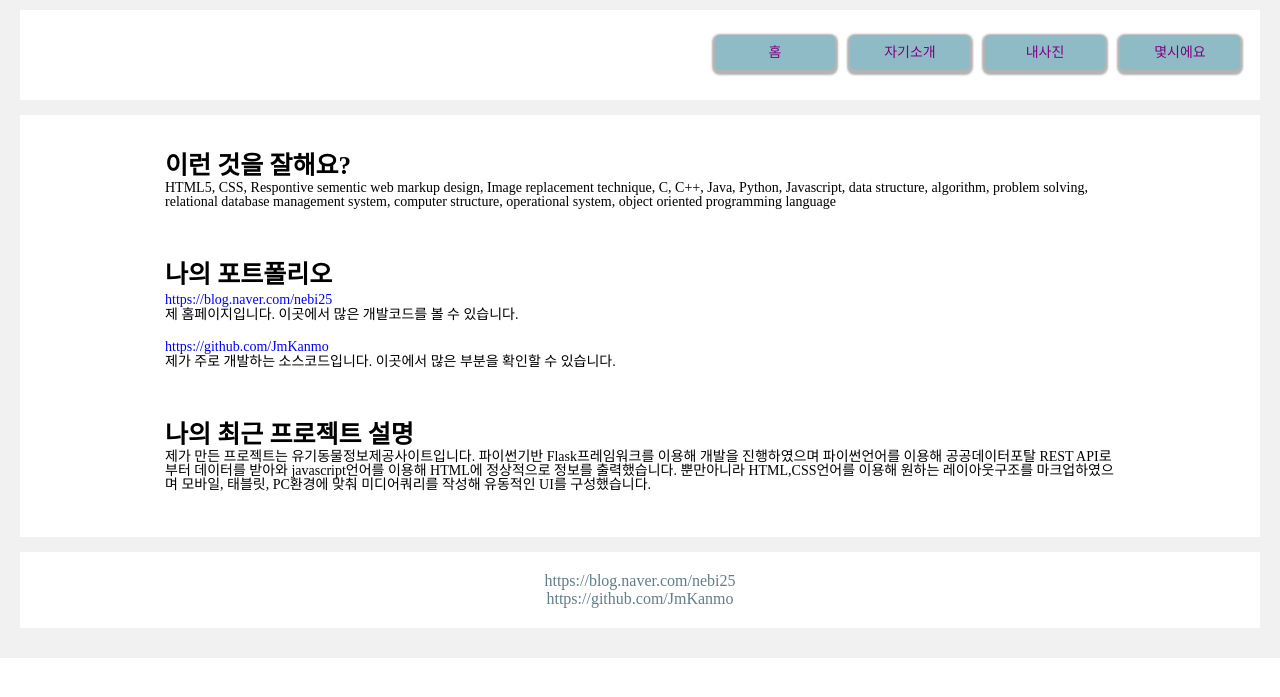
Repository: JmKanmo/BoostCourse_WebProgramming
Page: aboutme/WebContent/aboutme.html
An editor plug-in stored every save of this project. The page is shown before and after the next save, followed by the edit.
The browser window is 1280 px wide. The pictures show the whole page.

Above is the page before, as saved 2020-01-21 07:59:34.

### aboutme/WebContent/aboutme.html
<!DOCTYPE html>
<html lang="ko">

<head>
<meta charset="UTF-8">
<meta name="viewport" content="width=device-width, initial-scale=1.0">
<meta http-equiv="X-UA-Compatible" content="ie=edge">
<title>자기소개 페이지</title>
<link rel="stylesheet" href="./css/aboutme.css">
</head>

<body>
	<div class="wrap">
		<header class="header">
			<nav class="menu">
				<ul class="clear_fix">
					<li class="item"><a href="/aboutme/today">몇시에요</a></li>
					<li class="item"><a href="/aboutme/photo">내사진</a></li>
					<li class="item"><a href="/aboutme/aboutme">자기소개</a></li>
					<li class="item"><a href="/aboutme/index">홈</a></li>
				</ul>
			</nav>
		</header>

		<div class="main">
			<ul class="intro_list">
				<li class="list">
					<h1 class="title">이런 것을 잘해요?</h1>
					<div class="explanation">
						<p>HTML5, CSS, Respontive sementic web markup design, Image
							replacement technique, C, C++, Java, Python, Javascript, data
							structure, algorithm, problem solving, relational database
							management system, computer structure, operational system, object
							oriented programming language</p>
					</div>
				</li>

				<li class="list">
					<h1 class="title">나의 포트폴리오</h1>
					<div class="explanation">
						<a href="https://blog.naver.com/nebi25">https://blog.naver.com/nebi25</a>
						<p>제 홈페이지입니다. 이곳에서 많은 개발코드를 볼 수 있습니다.</p>
						<a href="https://github.com/JmKanmo">https://github.com/JmKanmo</a>
						<p>제가 주로 개발하는 소스코드입니다. 이곳에서 많은 부분을 확인할 수 있습니다.</p>
					</div>
				</li>

				<li class="list">
					<h1 class="title">나의 최근 프로젝트 설명</h1>
					<div class="explanation">
						<p>제가 만든 프로젝트는 유기동물정보제공사이트입니다. 파이썬기반 Flask프레임워크를 이용해 개발을
							진행하였으며 파이썬언어를 이용해 공공데이터포탈 REST API로부터 데이터를 받아와 javascript언어를 이용해
							HTML에 정상적으로 정보를 출력했습니다. 뿐만아니라 HTML,CSS언어를 이용해 원하는 레이아웃구조를 마크업하였으며
							모바일, 태블릿, PC환경에 맞춰 미디어쿼리를 작성해 유동적인 UI를 구성했습니다.</p>
					</div>
				</li>
			</ul>
		</div>

		<footer class="footer">
			<a href="https://blog.naver.com/nebi25">https://blog.naver.com/nebi25</a>
			<a href="https://github.com/JmKanmo">https://github.com/JmKanmo</a>
		</footer>
	</div>
</body>

</html>

### aboutme/WebContent/css/aboutme.css
@charset "utf-8";

/*초기화 영역*/
html, body, nav, ul, li, h1, h2, h3, h4, p, a {
	margin: 0;
	padding: 0;
	list-style: none;
	text-decoration: none;
}

.clear_fix::after {
	display: block;
	content: "";
	clear: both;
}

/*전체영역*/
.wrap {
	background: #f1f1f1;
	padding: 10px 20px 30px 20px;
}

/*헤더영역*/
.wrap .header {
	background-color: #fff;
}

.header .menu {
	padding: 25px 5px 30px 0;
}

.menu .item {
	width: 120px;
	height: 35px;
	float: right;
	margin-right: 15px;
	background-color: rgb(143, 187, 198);
	border-radius: 5px;
	box-shadow: 0 2px 2px 3px rgba(158, 158, 158, 0.78);
	text-align: center;
}

.menu .item a {
	line-height: 35px;
	color: purple;
	font-size: 14px;
}

.menu .item a:active {
	color: red;
}

/*메인영역*/
.main {
	background-color: #fff;
	margin-top: 15px;
	padding: 0 145px 0 145px;
}

.main .intro_list {
	padding: 30px 0 30px 0;
	text-align: left;
}

.main .intro_list .title {
	font-size: 25px;
}

.main .intro_list .list:nth-child(n+2) {
	margin-top: 30px;
}

.intro_list .list .explanation p {
	padding-bottom: 15px;
	line-height: 14px;
	font-size: 14px;
}

.intro_list .list .explanation a {
	color: blue;
	font-size: 14px;
}

/*푸터영역*/
.footer {
	margin-top: 15px;
	background-color: #fff;
	padding: 20px 0 20px 0;
	text-align: center;
}

.footer a {
	display: block;
	font-size: 16px;
	color: #607D8B;
}

After the next save:
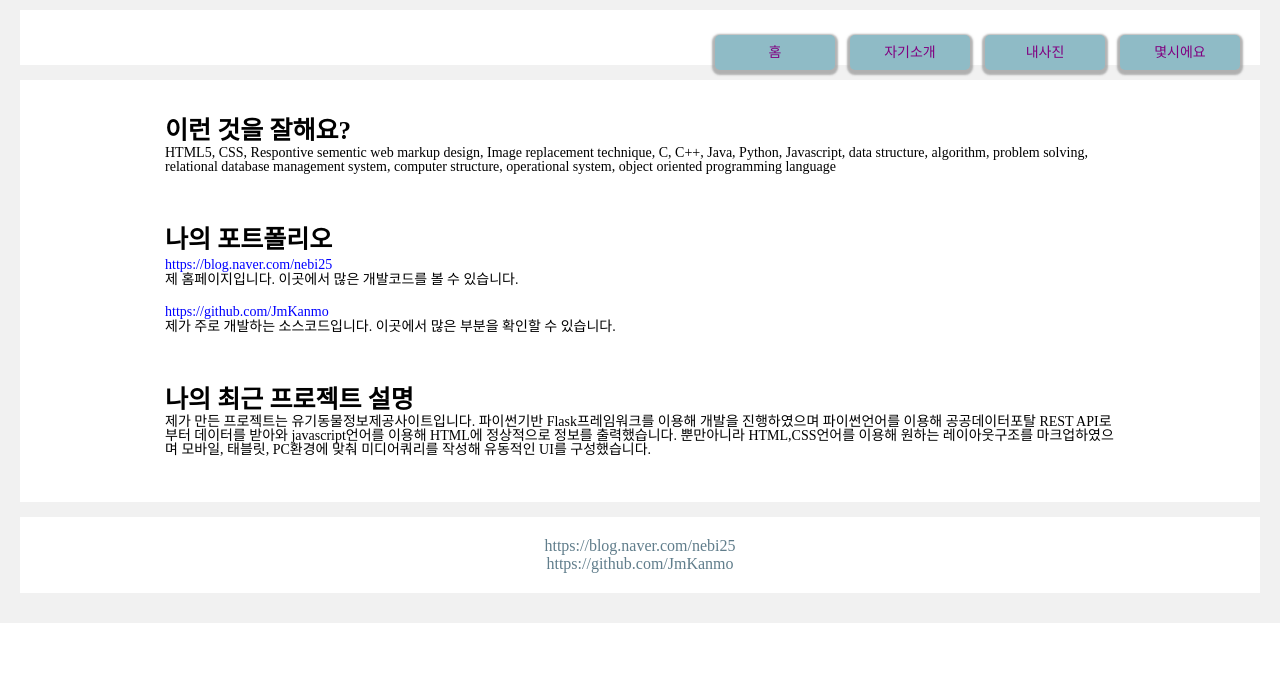
Saved 2 min 11 s later.
--- a/aboutme/WebContent/css/aboutme.css
+++ b/aboutme/WebContent/css/aboutme.css
@@ -7,7 +7,7 @@
 	list-style: none;
 	text-decoration: none;
 }
-
+dsda
 .clear_fix::after {
 	display: block;
 	content: "";

After the save that followed:
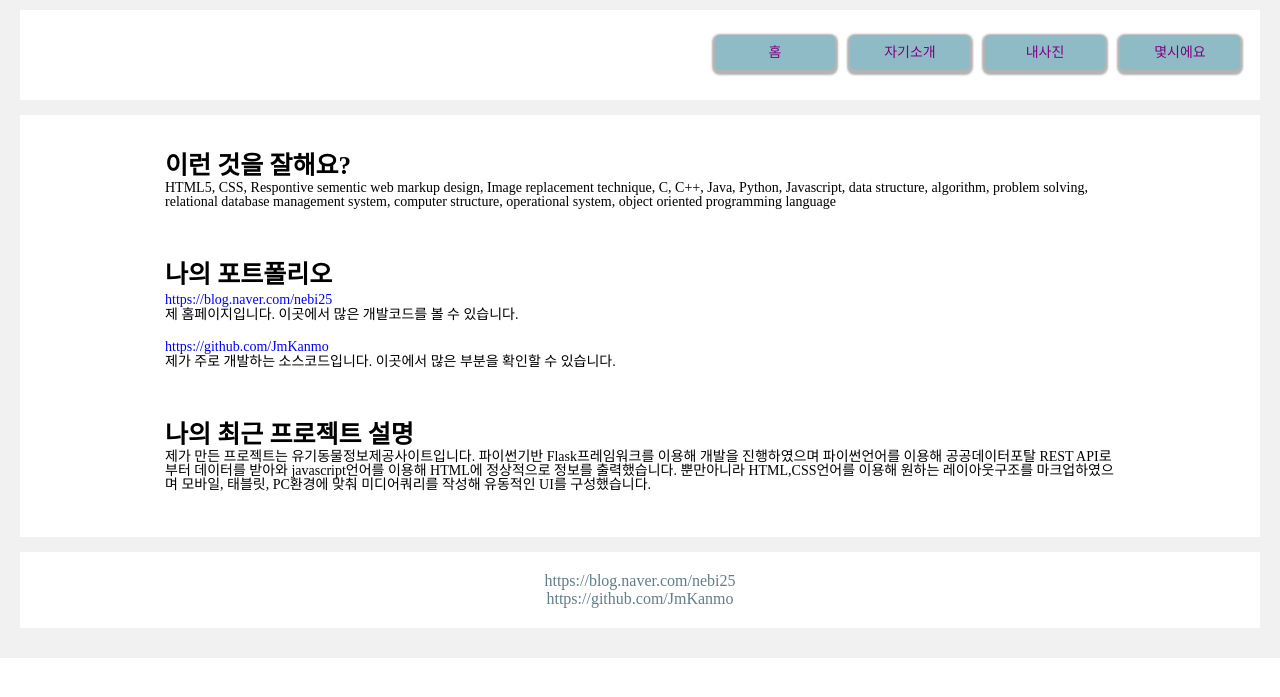
Saved 49 s later.
--- a/aboutme/WebContent/css/aboutme.css
+++ b/aboutme/WebContent/css/aboutme.css
@@ -7,7 +7,7 @@
 	list-style: none;
 	text-decoration: none;
 }
-dsda
+
 .clear_fix::after {
 	display: block;
 	content: "";
